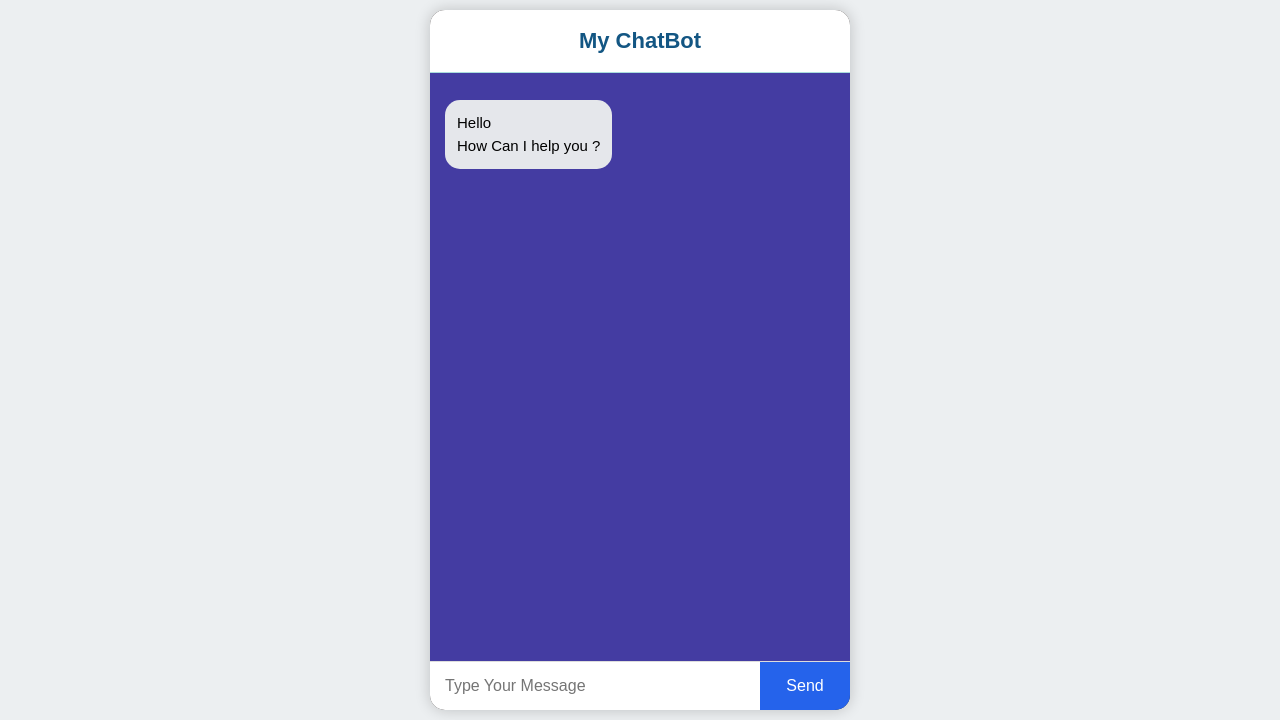
Repository: nt269782-web/Offline-ChatBot
Page: front.html
The author's editor kept a copy of each file at every save. The page is drawn from the files as they stood at one save, then again after the next save.
The browser window is 1280 px wide. The pictures show the whole page.

Above is the page before, as saved 2026-07-11 23:05:18.

After the next save:
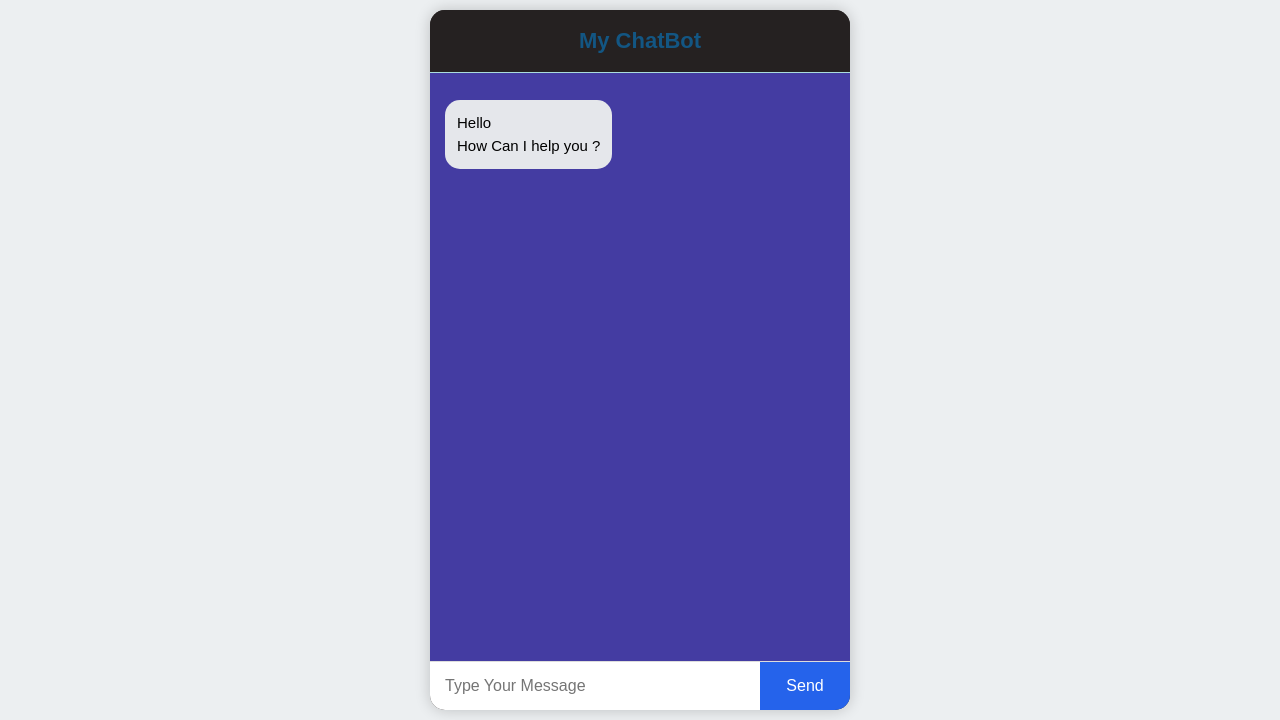
Saved 20 s later.
--- a/front.html
+++ b/front.html
@@ -32,7 +32,7 @@
 
         }
         .header{
-            background-color: rgb(255, 255, 255);
+            background-color: rgb(37, 33, 33);
             color: #135683;
             text-align: center;
             font-size: 22px;
